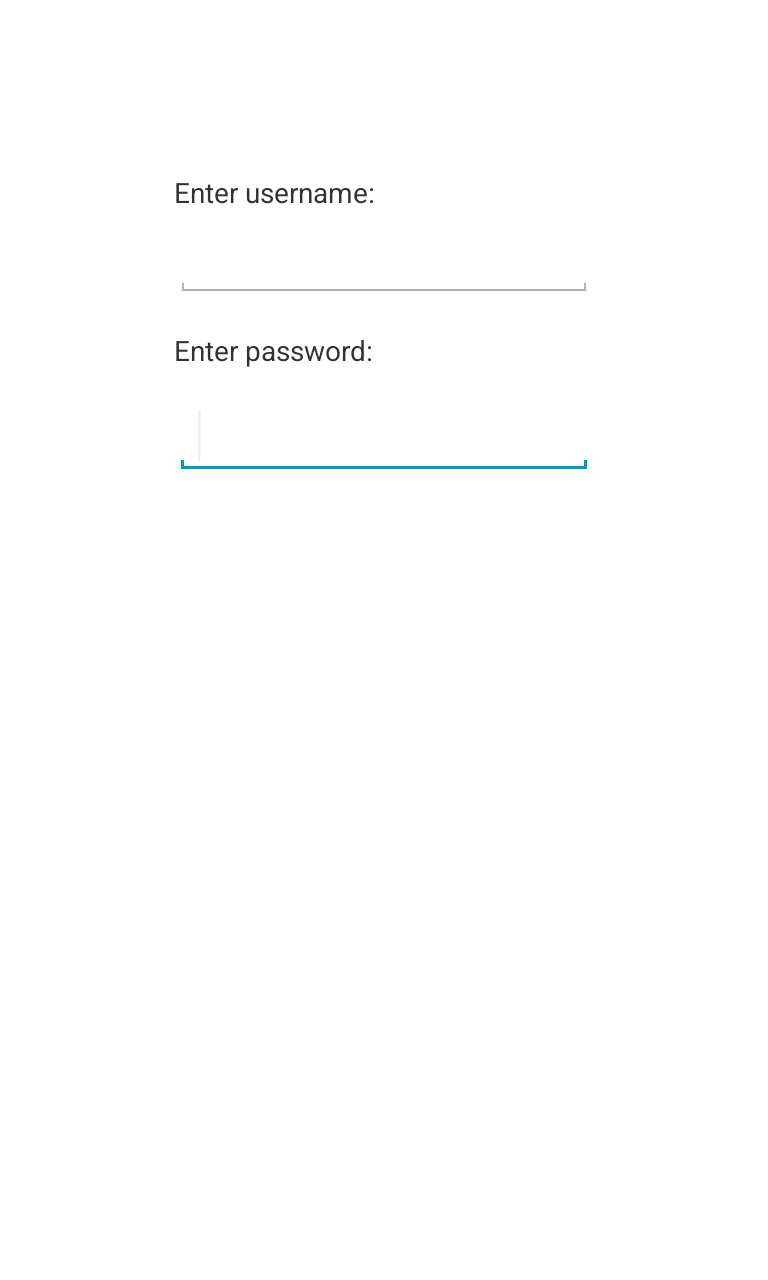
Repository: Codlex/JSMS
Layout: AndroidClient/res/layout/activity_main.xml
The author's editor kept a copy of each file at every save. The layout is drawn from the files as they stood at one save, then again after the next save.
It is drawn on a 768 x 1280 px phone screen (xhdpi) without system bars, with theme AppTheme; the app's code is not run.

Above is the layout before, as saved 2013-01-04 14:39:43.

After the next save:
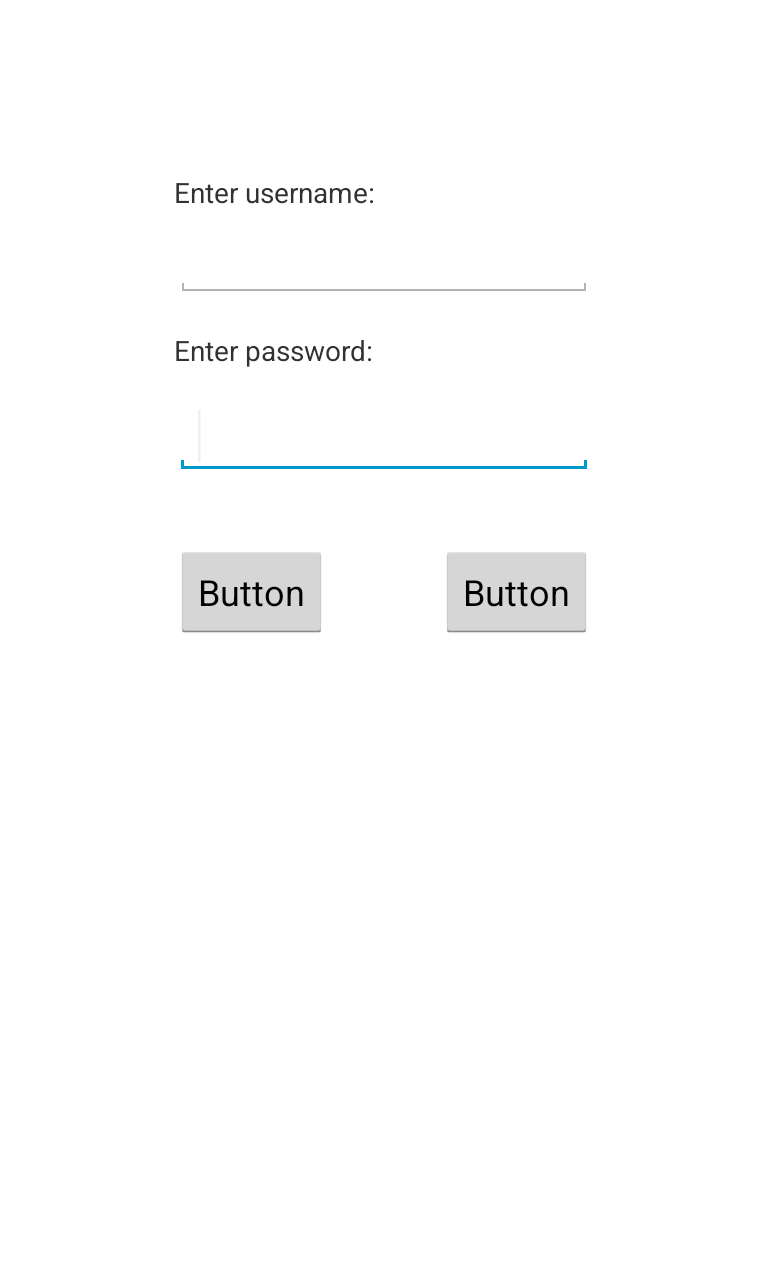
Saved 2 min 20 s later.
--- a/AndroidClient/res/layout/activity_main.xml
+++ b/AndroidClient/res/layout/activity_main.xml
@@ -46,4 +46,22 @@
         <requestFocus />
     </EditText>
 
+    <Button
+        android:id="@+id/button1"
+        android:layout_width="wrap_content"
+        android:layout_height="wrap_content"
+        android:layout_alignLeft="@+id/password"
+        android:layout_below="@+id/password"
+        android:layout_marginTop="34dp"
+        android:text="Button" />
+
+    <Button
+        android:id="@+id/button2"
+        android:layout_width="wrap_content"
+        android:layout_height="wrap_content"
+        android:layout_alignBaseline="@+id/button1"
+        android:layout_alignBottom="@+id/button1"
+        android:layout_alignRight="@+id/username"
+        android:text="Button" />
+
 </RelativeLayout>
